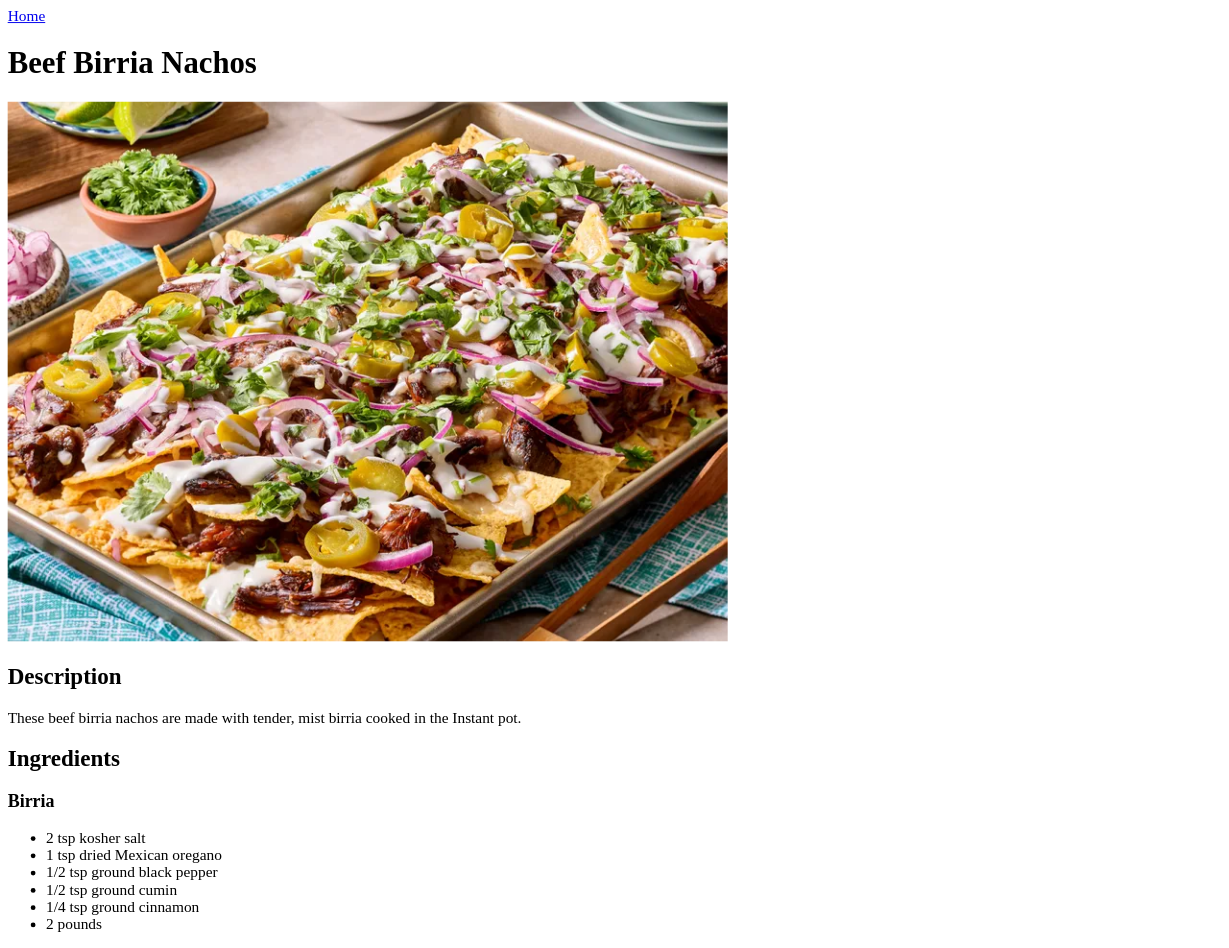
Repository: itsDevAK/odin-recipes
Page: recipes/nachos.html
The author's editor kept a copy of each file at every save. The page is drawn from the files as they stood at one save, then again after a run of saves.
The browser window is 1280 px wide. The pictures show the whole page, at 96% of full size.

Above is the page before, as saved 2026-09-17 10:22:00.

### recipes/nachos.html
<!DOCTYPE html>
<html lang="en">
<head>
    <meta charset="UTF-8">
    <meta name="viewport" content="width=device-width, initial-scale=1.0">
    <title>Beef Birria Nachos</title>
</head>
<body>
    <a href="../index.html">Home</a>
    <h1>Beef Birria Nachos</h1>
    <img src="../images/nachos.webp" alt="">
    <h2>Description</h2>
    <p>These beef birria nachos are made with tender, mist birria cooked in the Instant pot.</p>
    <h2>Ingredients</h2>
    <h3>Birria</h3>
    <ul>
        <li>2 tsp kosher salt</li>
        <li>1 tsp dried Mexican oregano</li>
        <li>1/2 tsp ground black pepper</li>
        <li>1/2 tsp ground cumin</li>
        <li>1/4 tsp ground cinnamon</li>
        <li>2 pounds </li>
    </ul>
</body>
</html>

After the next 2 saves:
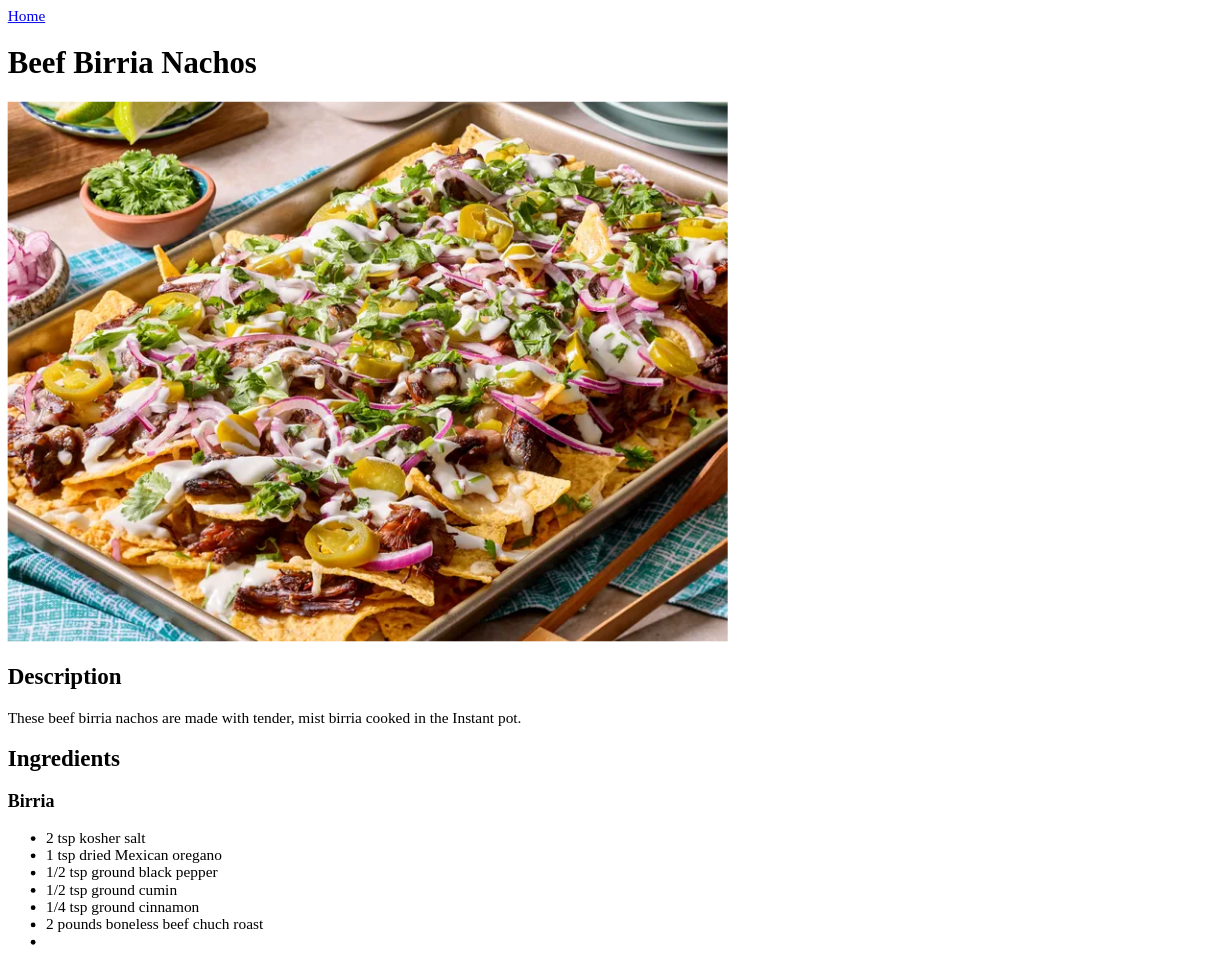
The 2 saves are shown as one change because they came seconds apart.
The last was saved 18 s later.
--- a/recipes/nachos.html
+++ b/recipes/nachos.html
@@ -19,7 +19,8 @@
         <li>1/2 tsp ground black pepper</li>
         <li>1/2 tsp ground cumin</li>
         <li>1/4 tsp ground cinnamon</li>
-        <li>2 pounds </li>
+        <li>2 pounds boneless beef chuch roast</li>
+        <li></li>
     </ul>
 </body>
 </html>
